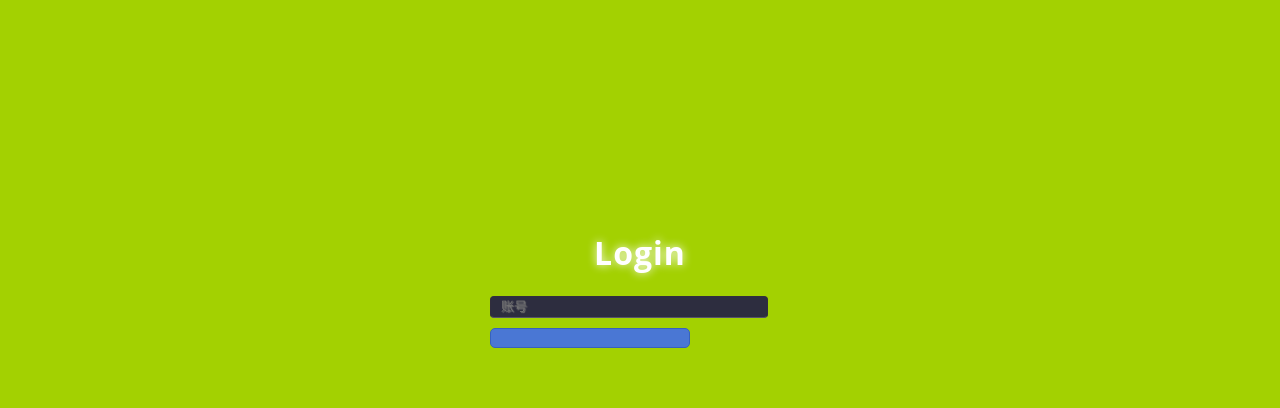
Repository: SnugHAN/gg
Page: http://localhost/bank/
These files come from the project's save history. The page is drawn as it stood at one moment and after the next save; the edit follows.
The browser window is 1280 px wide. The pictures show the whole page.
The page is served by Tomcat 9. Queries for data that is not in the repository find no rows.

Above is the page before, as saved 2016-11-30 12:54:14.

After the next save:
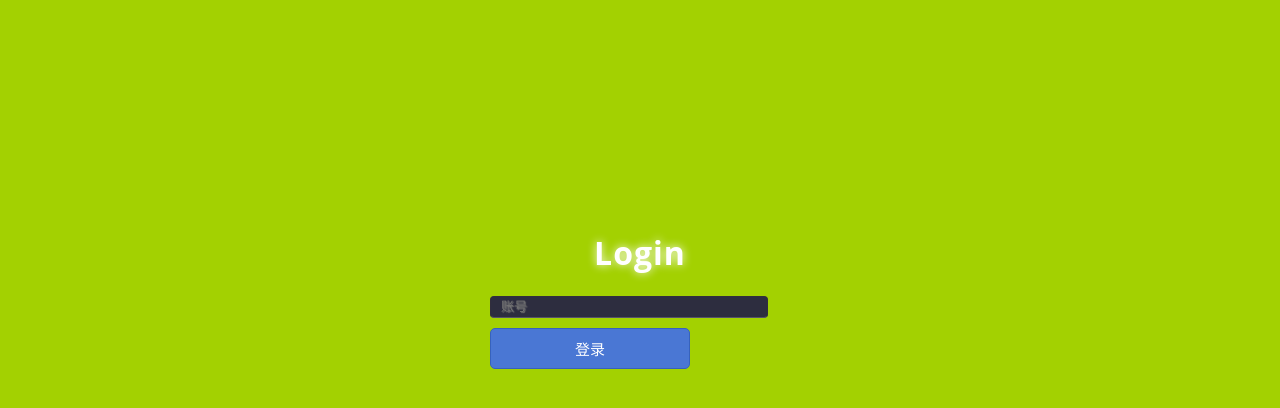
Saved 2 min 16 s later.
--- a/bank/bank/WebRoot/index.jsp
+++ b/bank/bank/WebRoot/index.jsp
@@ -31,8 +31,7 @@ String basePath = request.getScheme()+"://"+request.getServerName()+":"+request.
         <form method="post" action="index.jsp">
 
             <input type="text" required="required" placeholder="账号" name="username">
-
-            <input type="button" class="but" name= "login">
+            <button class="but" type="submit" >登录</button>
         </form>
     </div>
 
@@ -65,14 +64,7 @@ String basePath = request.getScheme()+"://"+request.getServerName()+":"+request.
     	   if(rs.getString("username").equals(username)){
         	  // System.out.println("不错");
         	 rs.getString("username");
-            %>
-             <form method="post" action="admin.jsp">
-
-            <input type="text" value="rs.getString("username")" name= "usename">
-
-            <input type="submit" class="but" name="登陆"/>
-        </form>
-            <%
+               response.sendRedirect("admin.jsp?username=");
            }else {
                response.sendRedirect("index.jsp");
            }
